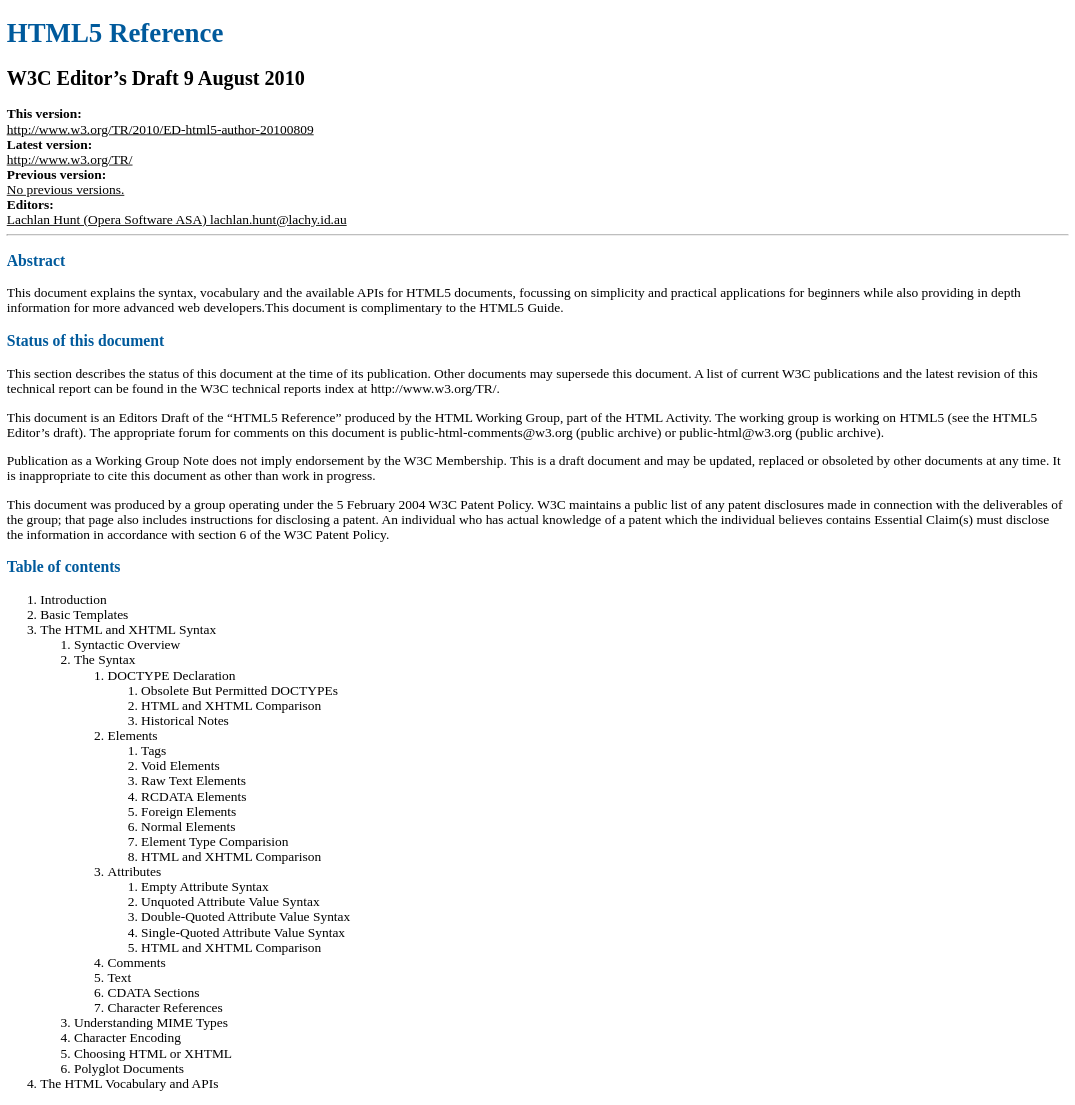
Repository: Hswwwww/WEB
Page: ClientTest/src/main/webapp/html/Q005.html
These files come from the project's save history. The page is drawn as it stood at one moment and after the next save; the edit follows.
The browser window is 1280 px wide. The pictures show the whole page, at 84% of full size.

Above is the page before, as saved 2024-03-13 02:48:48.

After the next save:
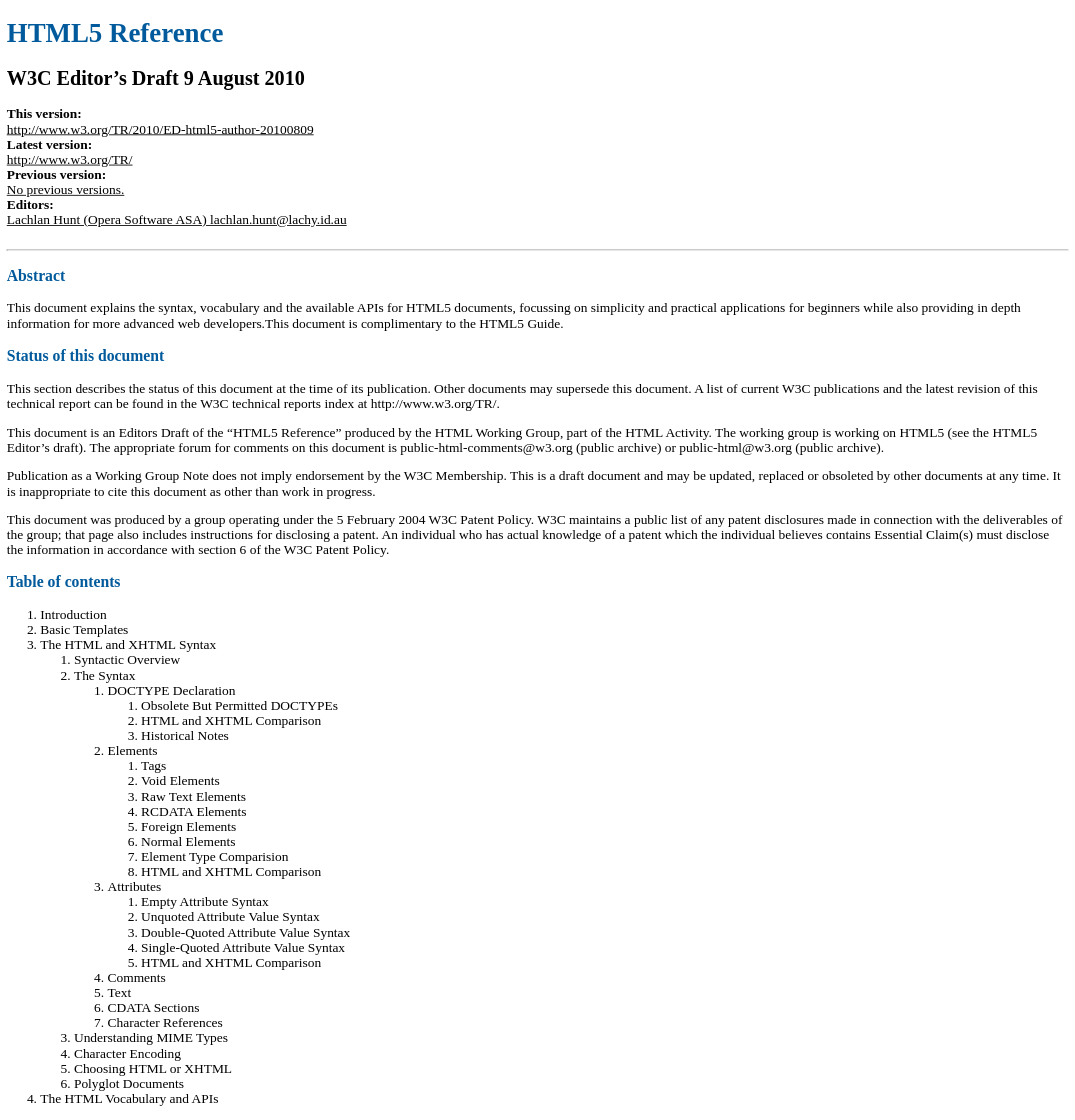
Saved 30 s later.
--- a/ClientTest/src/main/webapp/html/Q005.html
+++ b/ClientTest/src/main/webapp/html/Q005.html
@@ -19,7 +19,7 @@
 	<u>No previous versions.</u><br>
 
 	<b>Editors:</b><br>
-	<u>Lachlan Hunt (Opera Software ASA) lachlan.hunt@lachy.id.au</u><br>
+	<u>Lachlan Hunt (Opera Software ASA) lachlan.hunt@lachy.id.au</u><br><br>
 
 	<hr>
 
